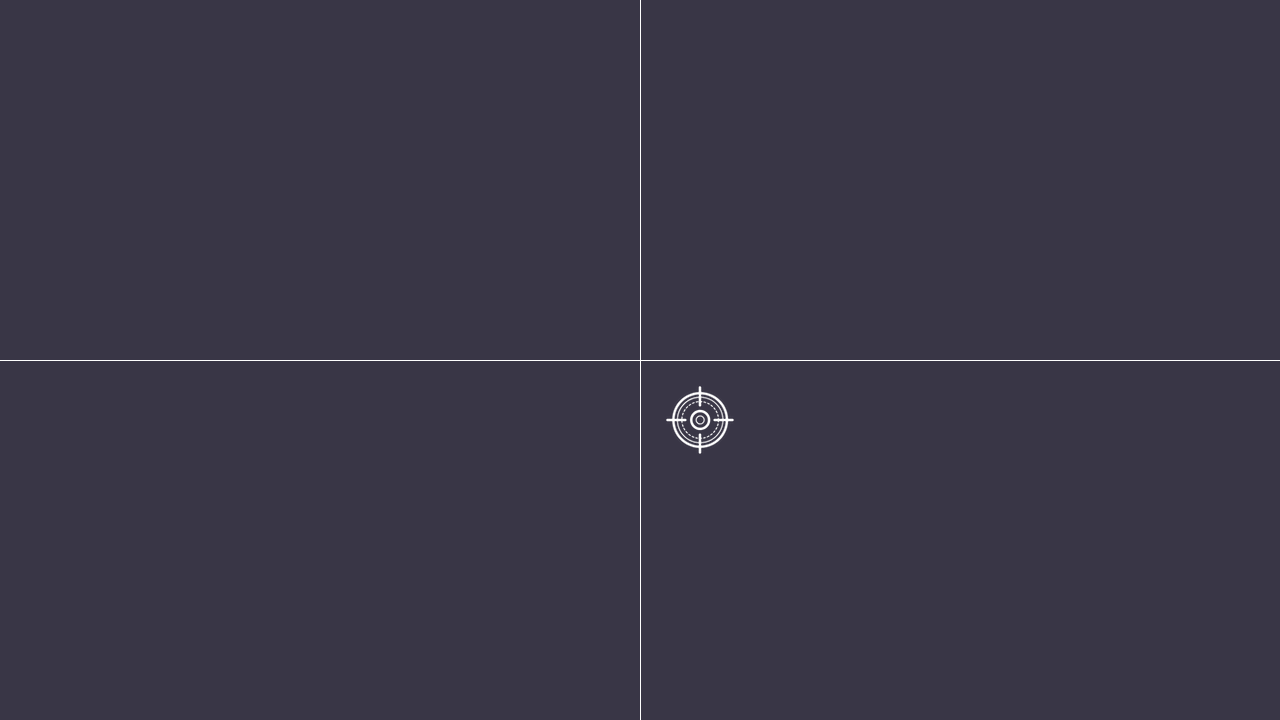
Repository: sephinejo/frontend-browser-101
Page: browser/practice-coordinates/index.html
These files come from the project's save history. The page is drawn as it stood at one moment and after a run of saves; the edit follows.
The browser window is 1280 px wide. The pictures show the whole page.

Above is the page before, as saved 2023-05-10 16:57:52.

### browser/practice-coordinates/index.html
<!DOCTYPE html>
<html lang="en">
  <head>
    <meta charset="UTF-8" />
    <meta name="viewport" content="width=device-width, initial-scale=1.0" />
    <title>Coordinates</title>
    <script src="main.js" defer></script>
    <link rel="stylesheet" href="style.css" />
  </head>
  <body>
    <div class="line horizontal"></div>
    <div class="line vertical"></div>
    <img class="target" src="img/target.png" alt="target" />
    <span class="coordinates"></span>
  </body>
</html>

### browser/practice-coordinates/main.js
let x = document.querySelector('.horizontal');
let y = document.querySelector('.vertical');
const target = document.querySelector('.target');
const coordinates = document.querySelector('.coordinates');

window.addEventListener('mousemove', (event) => {
  console.log(event);
  x = event.clientX;
  y = event.clientY;
  coordinates.innerHTML = `x: ${x}, y: ${y}`;
});

### browser/practice-coordinates/style.css
body {
  margin: 0;
  background-color: #393646;
}

.line {
  position: absolute;
  background-color: white;
}

.horizontal {
  width: 100%;
  height: 1px;
  top: 50%;
}

.vertical {
  width: 1px;
  height: 100%;
  left: 50%;
}

.target {
  position: absolute;
  top: 50%;
  left: 50%;
}

.coordinates {
  color: white;
  font-size: 30px;
  font-family: 'Times New Romans';
}

After the next 2 saves:
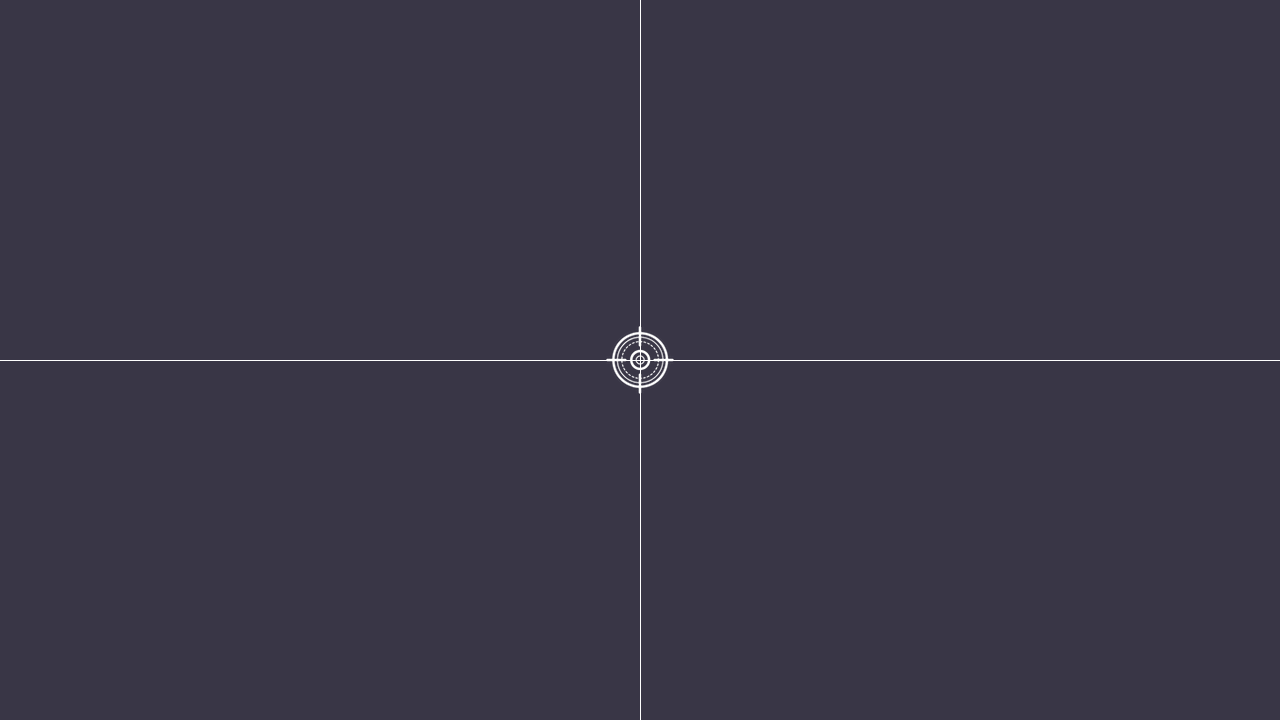
The 2 saves are shown as one change because they came seconds apart.
The last was saved 51 s later.
--- a/browser/practice-coordinates/style.css
+++ b/browser/practice-coordinates/style.css
@@ -24,6 +24,7 @@ body {
   position: absolute;
   top: 50%;
   left: 50%;
+  transform: translate(-50%, -50%);
 }
 
 .coordinates {
